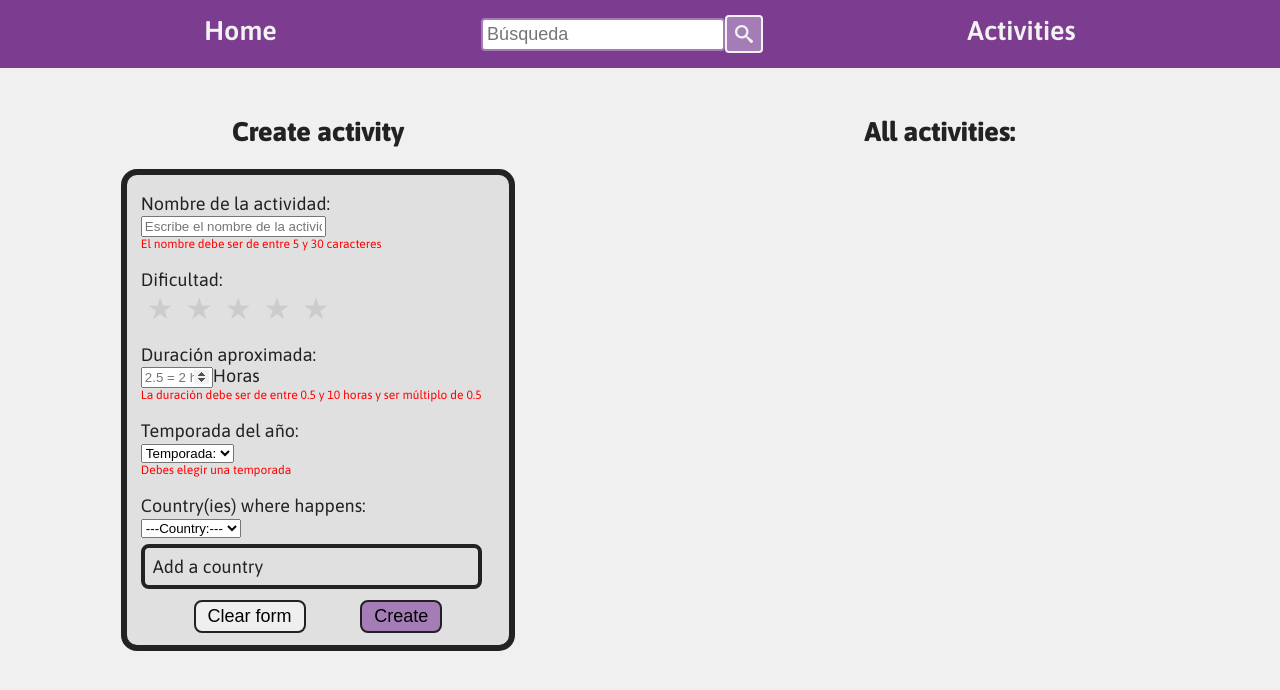
Repository: PCGP22/PI-Countries
Page: /countries/activities (app in cr-pi-countries-main/client/)
These files come from the project's save history. The page is drawn as it stood at one moment and after the next save; the edit follows.
The browser window is 1280 px wide. The pictures show the whole page.
The page's requests for data from a server got no answer. The project was rebuilt for these pictures with package versions that can differ from the ones it lists, and the page was loaded fresh each time. No one was signed in, and anything a server would have sent is missing. Also part of the build but not shown: cr-pi-countries-main/client/vite.config.js, cr-pi-countries-main/client/src/styles/LandingPage.modules.css, cr-pi-countries-main/client/src/components/LandingPage.jsx, cr-pi-countries-main/client/src/components/Detail.jsx, cr-pi-countries-main/client/src/components/Filter.jsx, cr-pi-countries-main/client/src/styles/HomePage.modules.css, cr-pi-countries-main/client/src/components/HomePage.jsx.

Above is the page before, as saved 2023-08-07 22:12:03.

### cr-pi-countries-main/client/src/main.jsx
import React from 'react'
import ReactDOM from 'react-dom/client'
import App from './App.jsx'
import { BrowserRouter } from 'react-router-dom'
import { Provider } from 'react-redux'
import store from './redux/store.js'

ReactDOM.createRoot(document.getElementById('root')).render(
  <Provider store={store}>
    <BrowserRouter>
      <App />
    </BrowserRouter>
  </Provider>
)

### cr-pi-countries-main/client/src/App.jsx
import {Routes, Route, useNavigate } from "react-router-dom"
import LandingPage from "./components/LandingPage"
import WithNavBar from "./components/WithNavBar"
import Detail from "./components/Detail.jsx"
import ActivityPage from "./components/ActivityPage"
import HomePage from "./components/HomePage.jsx"
import { useEffect } from "react"
import "./styles/App.modules.css"

function App() {

  // const navigate = useNavigate()

  // useEffect(() => {
  //   navigate("/countries/")
  // }, [])



  return (
    <Routes>
      <Route path="/countries/" element={<LandingPage navBar={false}/>}/>
      <Route element={<WithNavBar/>}>
        <Route path="/countries/countries/" element={<HomePage/>}/>
        <Route path="/countries/countries/search" element={<HomePage/>}/>
        <Route path="/countries/countries/:idCountry" element={<Detail/>}/>
        <Route path="/countries/activities" element={<ActivityPage/>}/>
      </Route>
    </Routes>
  )
}

export default App

### cr-pi-countries-main/client/src/redux/store.js
import { createStore, applyMiddleware } from "redux";
import thunkMiddleware from 'redux-thunk'
import { composeWithDevTools } from 'redux-devtools-extension'
import { reducer } from "./reducer.js"

const composedEnhancer = composeWithDevTools(applyMiddleware(thunkMiddleware))

const store = createStore(reducer, composedEnhancer);
export default store;

### cr-pi-countries-main/client/src/components/WithNavBar.jsx
import { Outlet   } from 'react-router-dom'
import NavBar from './NavBar.jsx'

function WithNavBar() {

  return (
    <>
      <NavBar/>
      <Outlet/>
    </>
  )
}

export default WithNavBar

### cr-pi-countries-main/client/src/components/ActivityPage.jsx
import { useEffect, useState } from 'react'
import "./ActividadesPage.css"
import { connect } from "react-redux"
import { activityCreate, addActivities, addCountries } from '../redux/actions';
import "../styles/ActivityPage.modules.css"

const regexNombre = /[\w]{5,}/i;
let countryList = []

const validar = (inputs) =>{

    let errores = {}

    if(!regexNombre.test(inputs.name) || inputs.name.length>30){
        errores.name = "El nombre debe ser de entre 5 y 30 caracteres"
    } else if(regexNombre.test(inputs.name) && inputs.name.length<30){delete errores.name}
    if(inputs.difficulty === 0){ errores.difficulty = "Debes elegir una dificultad"}
    else if(inputs.difficulty !== 0){delete errores.difficulty}
    if(inputs.duration%0.5 !== 0 || inputs.duration < 0.5 || inputs.duration > 10){
        errores.duration = "La duración debe ser de entre 0.5 y 10 horas y ser múltiplo de 0.5"
    } else if (inputs.duration%0.5 === 0 && inputs.duration > 0.5 && inputs.duration < 10){
        delete errores.duration
    }
    if(inputs.season === ""){
        errores.season = "Debes elegir una temporada"
    } else if( inputs.season !== ""){delete errores.season}
    if(inputs.countryId.join("") === "" ){
        errores.countryId = "Debes seleccionar al menos un país"
    } else if( inputs.countryId.length !== 0){delete errores.countryId}

    return errores
}

function ActivityPage(props) {
    const [rating, setRating] = useState(0);
    const initialState = {
        name: "",
        difficulty: 0,
        duration: 0,
        season: "",
        countryId: [],
    }
    const [countryBox, setCountryBox] = useState([])
    const [form, setForm] = useState(initialState)
    const [errores, setErrores] = useState({})

    const ratings = [1,2,3,4,5]
    const [hover, setHover] = useState(0);
    const activities = props.allActivities
    const countries = props.allCountries.sort((a,b)=>{
        if (a.name < b.name) {
          return -1;
        }
        if (a.name > b.name) {
          return 1;
        }
        return 0;
      })

      useEffect(() => {
        setForm({...form, countryId: countryList})
        setErrores(validar({...form, countryId: countryList}))
        console.log(form.countryId)
      }, [countryBox])

    const handleChange = (e) => {
        if(e.target.value !== "ignore"){
            setForm({...form, [e.target.name]: e.target.value})
            setErrores(validar({...form, [e.target.name]: e.target.value}))
        }

    }
    const handleCountryChange = (e) => {
        let [id, name] = e.target.value.split(",")
        setCountryBox([...countryBox, name])
        countryList.push(id)
    }

    const handleReset = () => {
        setForm(initialState)
        setCountryBox([])
        setRating(0)
        setHover(0)
        countryList = []
    }

    const handleSubmit = (e) => {
        e.preventDefault()
        let erroresLength = Object.keys(errores).length;
        if(!erroresLength){
            props.activityCreate(form)
            handleReset()
            e.target.reset()
        } else {
            let errorLog = []
            for(let error in errores){
                errorLog.push(errores[error])
            }
            alert(errorLog.join("\n"))
        }
    }

    const handleClose = (e) => {
        setCountryBox(countryBox.filter(c=> c!== e.target.value))
    }

    useEffect(() => {
        props.addActivities()
        props.addCountries()
    }, [form])

  return (
    <div className='activityPage__container'>
        <aside className='activityPage__aside'>
            <h1>Create activity</h1>
            <form onSubmit={handleSubmit} className='activityPage__form'>
                <fieldset className='activityPage__formSection'>
                    <label htmlFor="name">Nombre de la actividad:</label>
                    <br/>
                    <input type='text' name="name" onChange={handleChange} placeholder='Escribe el nombre de la actividad'/>
                    {errores.name?<p className="form--error no-space">{errores.name}</p>:""}
                </fieldset>
                <fieldset className='activityPage__formSection'>
                    <label htmlFor='difficulty'>Dificultad:</label>
                    <div className='filter__starContainer'>
                        {
                            ratings.map(i => {
                                return(
                                    <button type="button" name="difficulty" className={i <= (hover || rating)? "on star" : "off star"} key={i} index={i}
                                    onClick={() => {setRating(i); setForm({...form, difficulty: i})}}
                                    onMouseEnter={() => setHover(i)}
                                    onMouseLeave={() => setHover(rating)}>★</button>
                                    )

                                })
                            }
                    </div>
                </fieldset>
                <fieldset className='activityPage__formSection'>
                    <label htmlFor="duration">Duración aproximada:</label>
                    <br/>
                    <input type='number' onChange={handleChange} name="duration" placeholder='2.5 = 2 horas y media' min="0.5" max="10" step="0.5"/>
                    <span>Horas</span>
                    {errores.duration?<p className="form--error no-space">{errores.duration}</p>:""}
                </fieldset>
                <fieldset className='activityPage__formSection'>
                    <label htmlFor='season'>Temporada del año:</label>
                    <br/>
                    <select onChange={handleChange} name="season">
                        <option value="ignore" defaultValue={true}>Temporada:</option>
                        <option value="Primavera">Primavera</option>
                        <option value="Verano">Verano</option>
                        <option value="Otoño">Otoño</option>
                        <option value="Invierno">Invierno</option>
                    </select>
                    {errores.season?<p className="form--error no-space">{errores.season}</p>:""}
                </fieldset>
                <fieldset className='activityPage__formSection'>
                    <label htmlFor='countryId'>Country(ies) where happens:</label>
                    <br/>
                    <select onChange={handleCountryChange} name="countryId">
                        <option defaultValue={true}>---Country:---</option>
                        {countries.map(c=>{
                            return(
                                <option key={c.name} value={[c.id,c.name]}>{c.name}</option>
                            )
                        })}
                    </select>
                    <div className='activityPage__countryBox'>
                        {countryBox.length>0 ? countryBox.map(c=>
                            <div key={c} className='activityPage__countryList'>
                                <span>{c}</span>
                                <button type='button' onClick={handleClose} className='activityPage__closeButton' value={c}>x</button>
                            </div>
                        ):
                            <div className='activityPage__countryList'> Add a country</div>
                        }
                    </div>
                </fieldset>
                <div className='activityPage__formButtons'>
                    <button onClick={handleReset} type="reset" className='activityPage__button'>Clear form</button>
                    <button type='submit' className='activityPage__button submitButton'>Create</button>
                </div>
            </form>
        </aside>
        <main className='activityPage__main'>
            <h2>All activities:</h2>
            <section className='activityContainer'>
                {activities.length > 0 && activities.map(a=>{
                    let ratingActivity = "★".repeat(a.difficulty).split("")
                    return(
                        <div className='activityBox' key={a.id}>
                            <h3>Name: {a.name? a.name: "N/A"}</h3>
                            {ratingActivity.map((r)=>
                                <span key={Math.random()} className='on star_mini'>{r}</span>
                                )}
                            <p>Duration: {a.duration? a.duration : "N/A"} Hrs.</p>
                            <p>Season: {a.season? a.season : "N/A"}</p>
                            <p>Countries: {a.countryId? a.countryId.join(", ") : "N/A"}</p>
                        </div>
                    )
                })}
            </section>
        </main>
    </div>
  )
}


const mapStateToProps =(state) => {
    return{
        allActivities: state.allActivities,
        allCountries: state.allCountries
    }
}

const mapDispatchToProps = (dispatch) => {
    return{
        activityCreate: (activity) => {dispatch(activityCreate(activity))},
        addActivities: () => {dispatch(addActivities())},
        addCountries: ()=>{dispatch(addCountries())},

    }
}

export default connect(mapStateToProps,mapDispatchToProps)(ActivityPage)

### cr-pi-countries-main/client/src/styles/App.modules.css
@import url('https://fonts.googleapis.com/css2?family=Asap:wght@400;600;800&display=swap');

:root{
    --black: #222;
    --dark-purple: #7c3c8f;
    --purple: #a57db6;
    --dark-grey: #e0e0e0;
    --white: #f2f2f2;
    --light-grey: #f0f0f0;

    font-family: 'Asap', sans-serif;
    font-size: 18px;
    color: var(--black);
    background-color: var(--light-grey);


}
a{
    text-decoration: none;
    font-family: inherit;
    color: inherit;
    text-align: center;
}

a.button{
    color: var(--black);
    background-color: var(--light-grey);
    display: inline-block;
    width: fit-content;
}

body{
    padding:0;
    margin: 0;
}

.title-text{
    font-weight: 800;
    font-size: 4em;
}

.big-text{
    font-weight: 600;
    font-size: 1.5em;
}

.normal-text{
    font-weight: 400;
}

.white-text{
    color: var(--white);
}
.button{
    background-color: var(--light-grey);
}

.dark-purple{
    background: var(--dark-purple);
}

.purple{
    background: var(--purple);
}

.soft-grey{
    background-color: var(--light-grey);
}

.dark-grey{
    background-color: var(--dark-grey);
}

.no-space{
    margin: 0;
    padding: 0;
}

### cr-pi-countries-main/client/src/components/NavBar.jsx
import { Link } from 'react-router-dom'
import SearchBar from './SearchBar'
import { useLocation } from 'react-router-dom'
import "../styles/NavBar.modules.css"

function NavBar() {

  const location = useLocation();
  return (
      <div className='navBar__Container dark-purple white-text'>
        <Link to="/countries/countries/" className={location.pathname.toString() === "/countries/countries/"? 'navBar__link link_active big-text': 'navBar__link big-text'}>Home</Link>
        <SearchBar/>
        <Link to="/countries/activities/" className={location.pathname.toString() === "/countries/activities/"? 'navBar__link link_active big-text': 'navBar__link big-text'}>Activities</Link>
      </div>
  )
}

export default NavBar

### cr-pi-countries-main/client/src/redux/actions.js
export const ADD_COUNTRIES = "ADD_COUNTRIES"
export const ID_SEARCH = "ID_SEARCH"
export const NAME_SEARCH = "NAME_SEARCH"
export const FILTER = "FILTER"
export const ORDER = "ORDER"
export const ACTIVITY_CREATE = "ACTIVITY_CREATE"
export const ADD_ACTIVITIES = "ADD_ACTIVITIES"
import axios from "axios"

export const addCountries = () => {
    const endpoint = 'http://localhost:5000/countries/'
    return async (dispatch) => {
        try{
            const {data} = await axios.get(endpoint);
            return dispatch({
                type: ADD_COUNTRIES,
                payload: data
            })
        }
        catch(error){
            console.log(error.message)
        }
}}

export const addActivities = () => {
    const endpoint = 'http://localhost:5000/countries/activities'
    return async (dispatch) =>{
        try{
            const {data} = await axios.get(endpoint);
            return dispatch({
                type: ADD_ACTIVITIES,
                payload: data
            })
        }
        catch(error){
            console.log(error.message)
        }
    }
}

export const idSearch = (idCountry) => {
    const endpoint = `http://localhost:5000/countries/countries/${idCountry}`
    return async (dispatch) => {
    try{
        const {data} = await axios(endpoint)
        if(typeof data === "error"){console.log("error")}
        return dispatch({
            type: ID_SEARCH,
            payload: data[0]
        })
    }
    catch(error){
        console.log(error)
    }
}
}

export const nameSearch = (name) => {
    const endpoint = `http://localhost:5000/countries/countries/search?name=${name}`
    return async (dispatch) => {
        try{
            const {data} = await axios(endpoint)
            return dispatch({
                type: NAME_SEARCH,
                payload: data
            })
        }
        catch(error){
            console.log(error.message)
            return dispatch({
                type: NAME_SEARCH,
                payload: "error"
            })
        }
    }
}

export const filter = (filterdata) => {return {
    type: FILTER,
    payload: filterdata
}}

export const order = (orderdata) => {return{
    type: ORDER,
    payload: orderdata
}}

export const activityCreate = (activity) => {
    const endpoint = 'http://localhost:5000/countries/activities/'
    return async (dispatch) => {
        try{
            const {data} = await axios.post(endpoint,activity);
            return dispatch({
                type: ACTIVITY_CREATE,
                payload: data
            })
        }
        catch(error){
            console.log(error.message)
        }
    }
}

### cr-pi-countries-main/client/src/styles/Detail.modules.css
.detail__container{
    padding:2%;
    display:grid;
    gap:15px;
    grid-template-areas: "main aside aside";
}
.detail__aside{
    grid-area: aside;
    display: flex;
    flex-direction: column;
    align-items: center;
    flex-wrap: wrap;
}
.detail__img{
    width: 100%;
}
.detail__info{
    border: 6px var(--black) solid;
    border-radius: 16px;
    background-color: var(--dark-grey);
    padding: 2%;
}

.activityPage__main{
    grid-area: main;
    width: clamp(100px,200px,300px);
    display: flex;
    flex-direction: column;
    align-items: center;
}

@media(max-width: 40em){
    .detail__container{
        font-size: 0.8em;
        grid-template-areas: "main" "aside";
    }
}

### cr-pi-countries-main/client/src/components/ActividadesPage.css
.star{
    font-size: 30px;
    background-color: transparent;
    border: none;
    outline: none;
    cursor: pointer;
}
.on {
    color: #efde23;
}
.off {
    color: #ccc;
}
input[type=number]::-webkit-inner-spin-button {
    opacity: 1
}
.form--error{
    color:red;
    font-size: 12px;
}

### cr-pi-countries-main/client/src/styles/ActivityPage.modules.css
.activityPage__container{
    padding:2%;
    display:grid;
    gap:15px;
    grid-template-areas: "aside main main";
}
.activityPage__aside{
    grid-area: aside;
    display: flex;
    flex-direction: column;
    align-items: center;
    flex-wrap: wrap;
}

.activityPage__form{
    border: 6px var(--black) solid;
    border-radius: 16px;
    background-color: var(--dark-grey);
    padding: 2%;
}

.activityPage__countryBox{
    border: 4px var(--black) solid;
    border-radius: 8px;
    padding:8px;
    display:flex;
    flex-wrap: wrap;
    flex-direction: column;
    gap: 6px;
    margin-top: 6px;
}
.activityPage__countryList{
    display: flex;
    justify-content: space-between;
}

.activityPage__formSection{
    border:none;
    padding-left:0;
}

.activityPage__closeButton{
    border: 2px var(--black) solid;
    background-color: red;
    color:var(--white);
    padding: 2px 6px;
    border-radius: 6px;
    display: grid;
    place-content: center;
}

.activityPage__formButtons{
    display: flex;
    justify-content: space-evenly;
}

.activityPage__button{
    padding:4px 12px;
    border: 2px var(--black) solid;
    border-radius: 8px;
    font-size: 1em;
}
.activityPage__button{
    cursor:pointer;
}

.submitButton{
    background-color: var(--purple);
}
.submitButton:hover{
    background-color: var(--dark-purple);
    color:var(--white);
}
.submitButton:active{
    background-color: var(--black);
}

.activityPage__main{
    grid-area: main;
    width: 100%;
    display: flex;
    flex-direction: column;
    align-items: center;
}

.activityBox{
    border: 4px var(--black) solid;
    border-radius: 8px;
    background-color: white;
    overflow: hidden;
    padding: 8px;
}

.activityContainer{
    width: 100%;
    display: grid;
    grid-template-columns: repeat(auto-fill, minmax(200px,1fr));
    gap:10px;
}

@media(max-width: 41em){
    select > option, select{
        width: 250px;
    }
    .activityPage__container{
        font-size: 0.8em;
        grid-template-areas: "aside" "main";
    }
}

### cr-pi-countries-main/client/src/components/SearchBar.jsx
import React, { useEffect, useState } from 'react'
import { connect } from 'react-redux'
import { ImSearch } from "react-icons/im";
import { nameSearch } from '../redux/actions';
import { Link } from 'react-router-dom';
import "../styles/SearchBar.modules.css"


function SearchBar(props) {

  const [name, setName] = useState()

  const handleChange = (e) => {
    setName(e.target.value)
  }

  let aux = ""
  const handleClick = async() => {
     aux = await props.nameSearch(name.toString().trim())
     setName("")
  }

  const handleKeyDown = async(e) => {
    if(e.keyCode === 13) { //Detect enter
      aux = await props.nameSearch(name.toString().trim())
      setName("")
    }
  }

  return (
    <div className='searchBar__container normal-text'>
        <input type='text' placeholder='Búsqueda' onChange={handleChange} onKeyDown={handleKeyDown} className='searchBar__input' value={name}/>
        <Link to={`/countries/countries/search?name=${name}`} className='searchBar__button'>
          <ImSearch onClick={handleClick}/>
        </Link>
    </div>
  )
}

const mapDispatchToProps = (dispatch) => {
  return{
    nameSearch: (name) => {dispatch(nameSearch(name))}
  }
}

export default connect(null,mapDispatchToProps)(SearchBar)

### cr-pi-countries-main/client/src/styles/NavBar.modules.css
.navBar__Container{
    padding: 15px 0;
    display: flex;
    justify-content: space-evenly;
}

.link_active{
    text-decoration: underline;
    text-decoration-thickness: 4px;
    text-underline-offset: 8px;
}

@media(max-width: 33em) {
    .navBar__Container>a{
        font-size: 1.2em;
    }
}

### cr-pi-countries-main/client/src/styles/Filter.modules.css
.filters__container{
    padding: 10px 0;
    display: flex;
    justify-content: space-evenly;
    flex-wrap: wrap;
    font-weight: 600;
}

.label{
    padding-right: 10px;
}
select:hover{
    background-color: var(--purple);
    color: var(--white);
}

@media (max-width:25em){
    .label{
        display: none;
    }
}

### cr-pi-countries-main/client/src/styles/SearchBar.modules.css
.searchBar__container{
    display: flex;
    align-items: center;
}

.searchBar__input{
    font-size: 1em;
    border:2px var(--purple) solid;
    border-radius: 4px;
    padding: 4px;
}

.searchBar__button{
    background-color: var(--purple);
    font-size: 1em;
    display: grid;
    place-items: center;
    padding: 8px;
    border-radius: 4px;
    border: 2px var(--white) solid;
}

.searchBar__button:hover{
    background-color:var(--dark-purple);
}

.searchBar__button:active{
    background-color:var(--black);
}

@media(max-width: 33em) {
    .searchBar__input{
        width: 100px;
    }
}

Loaded but not shown: cr-pi-countries-main/client/index.html (common file); cr-pi-countries-main/client/src/redux/reducer.js (127 lines, source omitted)

After the next save:
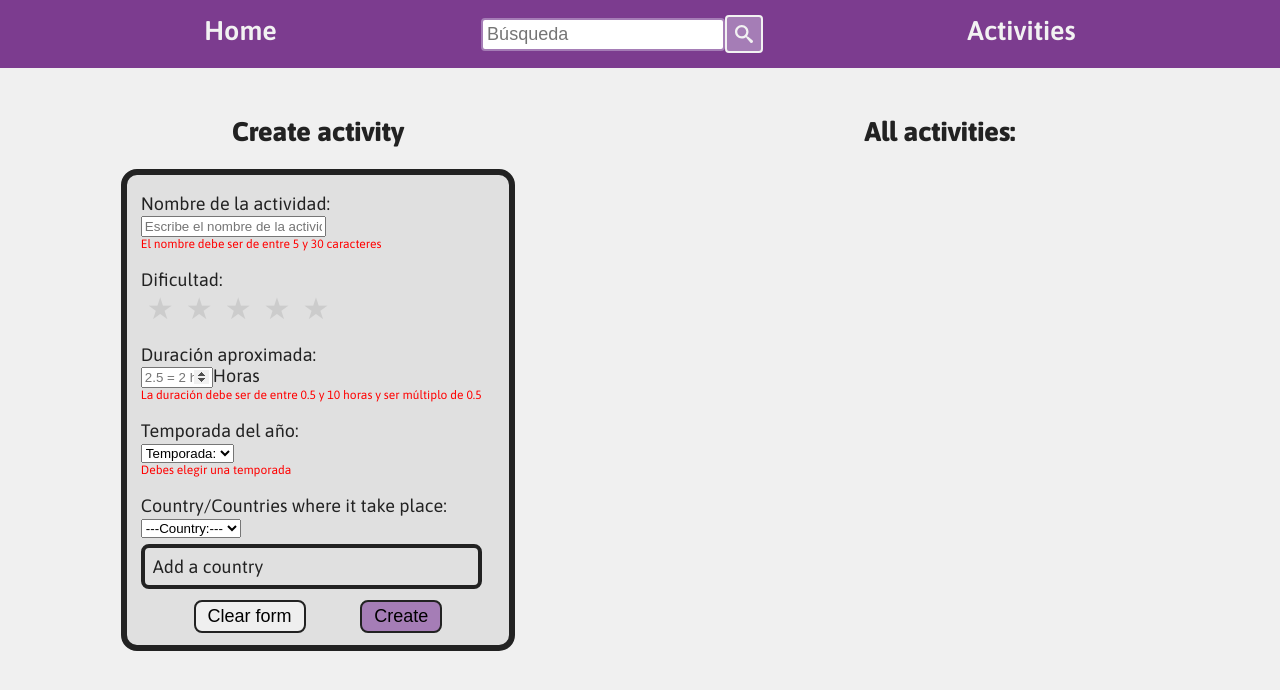
Saved 55 s later.
--- a/cr-pi-countries-main/client/src/components/ActivityPage.jsx
+++ b/cr-pi-countries-main/client/src/components/ActivityPage.jsx
@@ -156,7 +156,7 @@ function ActivityPage(props) {
                     {errores.season?<p className="form--error no-space">{errores.season}</p>:""}
                 </fieldset>
                 <fieldset className='activityPage__formSection'>
-                    <label htmlFor='countryId'>Country(ies) where happens:</label>
+                    <label htmlFor='countryId'>Country/Countries where it take place:</label>
                     <br/>
                     <select onChange={handleCountryChange} name="countryId">
                         <option defaultValue={true}>---Country:---</option>
